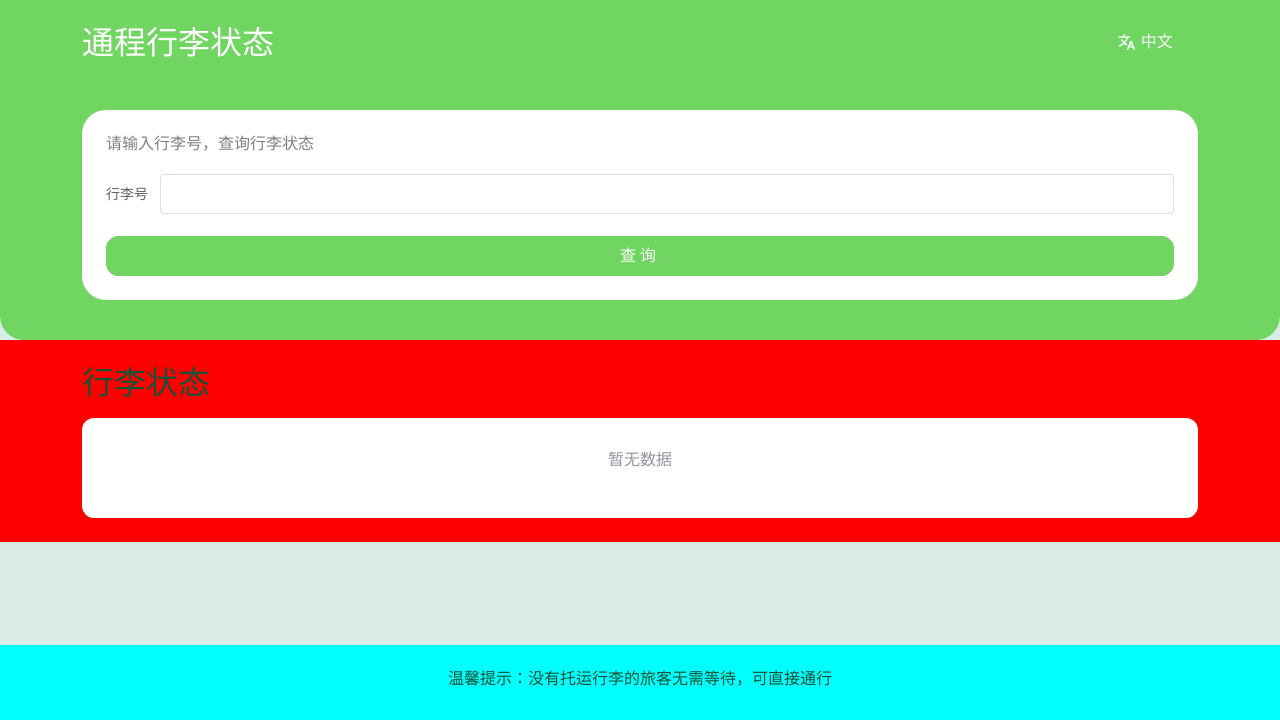
Repository: jhonMacTavish/through-baggage-web
Page: /
The author's editor kept a copy of each file at every save. The page is drawn from the files as they stood at one save, then again after the next save.
The browser window is 1280 px wide. The pictures show the whole page.
The project was rebuilt for these pictures with package versions that can differ from the ones it lists, and the page was loaded fresh each time. Also part of the build but not shown: vite.config.js, src/components/Main copy.vue, src/components/Main.vue, src/components/NavBar.vue, src/components/Scanner.vue, src/views/Scanner.vue. Imported but missing from the stored project, and not drawn on this page: src/assets/icons/GlobeIcon.vue, src/assets/icons/LogoIcon.vue, src/assets/icons/ProfileIcon.vue, src/assets/icons/QuestionIcon.vue.

Above is the page before, as saved 2025-03-15 14:36:27.

After the next save:
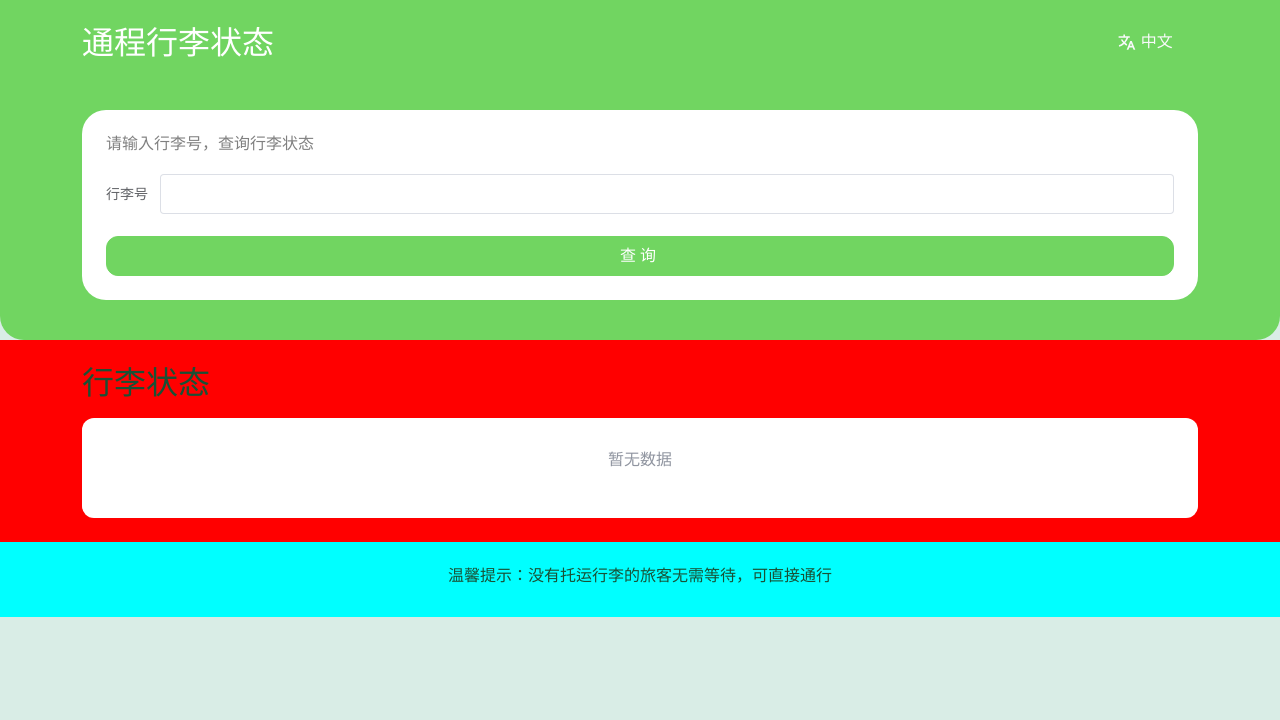
Saved 4 min 14 s later.
--- a/src/views/Home.vue
+++ b/src/views/Home.vue
@@ -2,7 +2,7 @@
  * @Author: error: error: git config user.name & please set dead value or install git && error: git config user.email & please set dead value or install git & please set dead value or install git
  * @Date: 2025-02-23 20:06:20
  * @LastEditors: john_mactavish 981192661@qq.com
- * @LastEditTime: 2025-03-15 14:36:01
+ * @LastEditTime: 2025-03-15 14:40:41
  * @FilePath: \through_baggage_webt:\Projects\VS Code\vue-bootstrap-master\src\components\Main.vue
  * @Description: 这是默认设置,请设置`customMade`, 打开koroFileHeader查看配置 进行设置: https://github.com/OBKoro1/koro1FileHeader/wiki/%E9%85%8D%E7%BD%AE
 -->
@@ -458,7 +458,7 @@ onMounted(() => {
 
 footer {
   position: absolute;
-  bottom: 0;
+  // bottom: 0;
   color: #195135;
 }
 </style>
